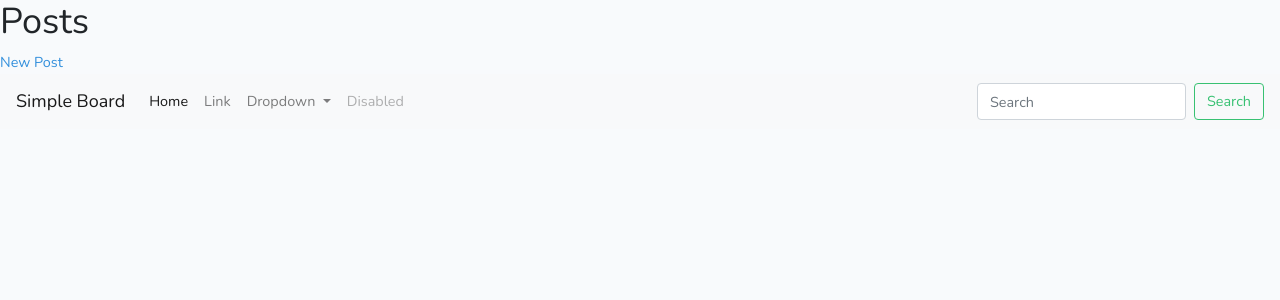
Repository: dainabeblog/simpleboard
Page: http://localhost/posts
The author's editor kept a record of every edit. The page is drawn from the files as they stood at one moment, then again after the next edit.
The browser window is 1280 px wide. The pictures show the whole page.
The page is served by the project's Laravel application, run on PHP 8.4 with Laravel 8. Queries for data that is not in the repository find no rows.

Above is the page before.

After the next edit:
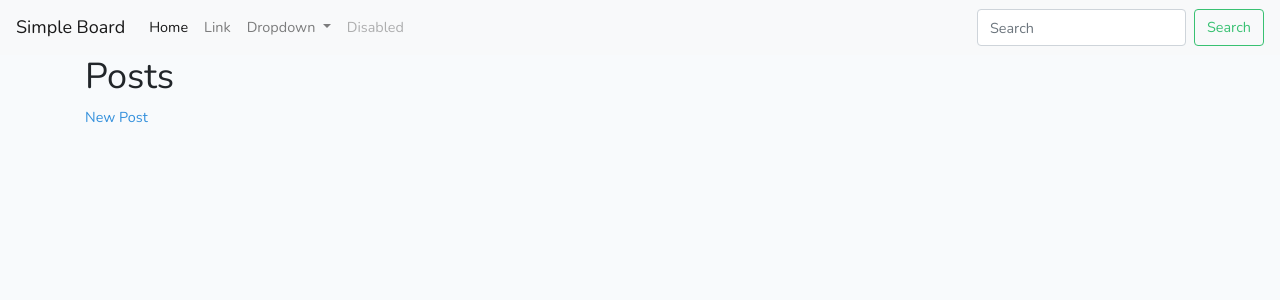
The edit:
--- a/simpleboard/resources/views/posts/index.blade.php
+++ b/simpleboard/resources/views/posts/index.blade.php
@@ -21,3 +21,5 @@
 @endforeach
 
 <a href="/posts/create">New Post</a>
+
+@endsection
